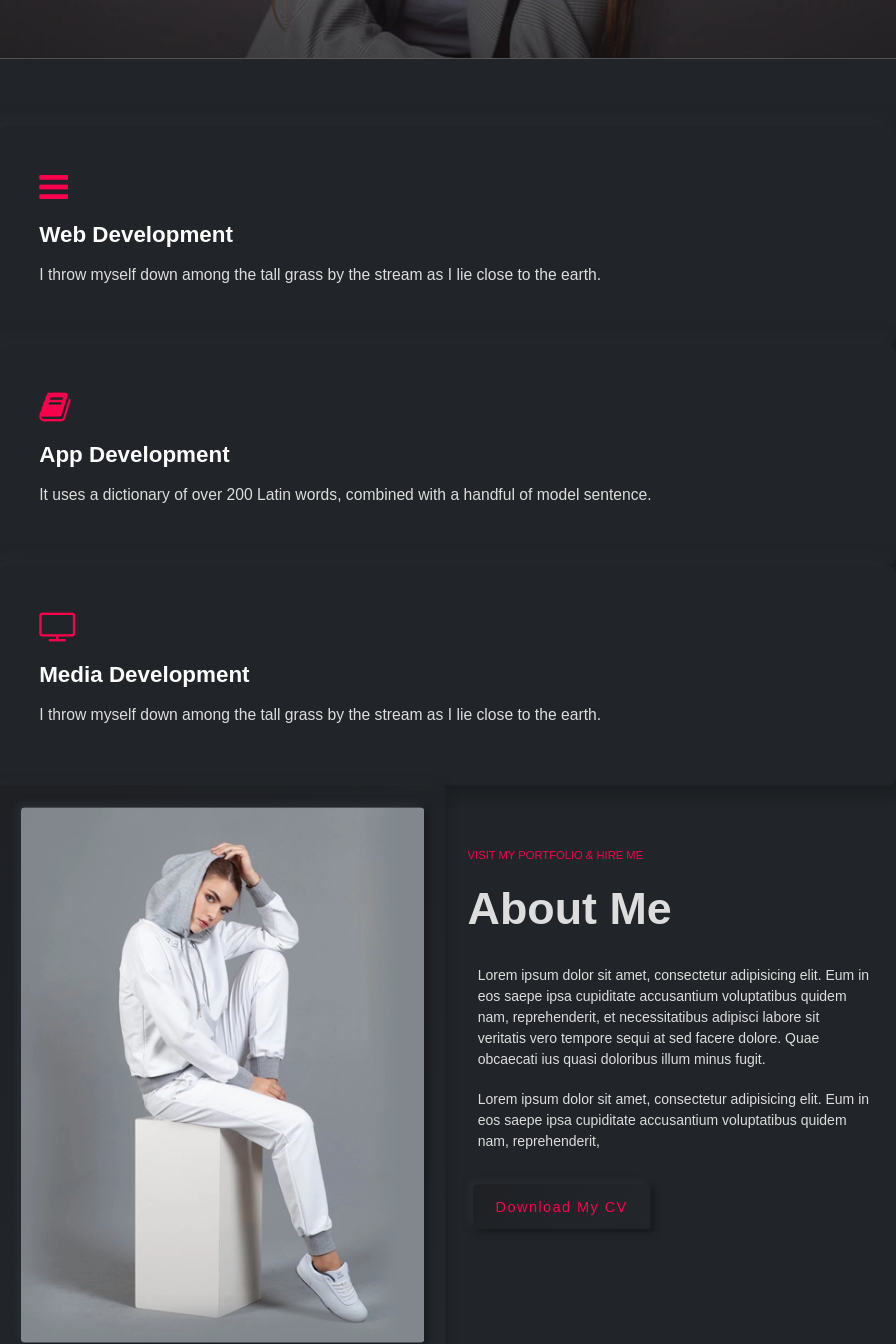
Repository: arminprogramme/inbio
Page: /
These files come from the project's save history. The page is drawn as it stood at one moment and after the next save; the edit follows.
The browser window is 1280 px wide. The pictures show the part of the page from y = 785 to 2705 px (the page is 3166 px tall before and 869 px after), at 70% of full size.
Some web libraries are served in a nearby version. The project was rebuilt for these pictures with package versions that can differ from the ones it lists, and the page was loaded fresh each time. Also part of the build but not shown: vite.config.js.

Above is the page before, as saved 2023-10-20 05:02:45.

After the next save:
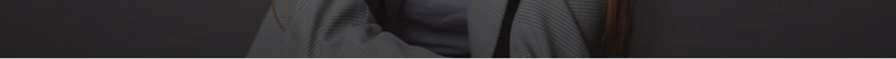
Saved 2 min 5 s later.
--- a/src/Component/LandingPage.jsx
+++ b/src/Component/LandingPage.jsx
@@ -7,7 +7,7 @@
         return (
             <div>
                 <Header/>
-                <Body/>
+
 
             </div>
         );

After the save that followed:
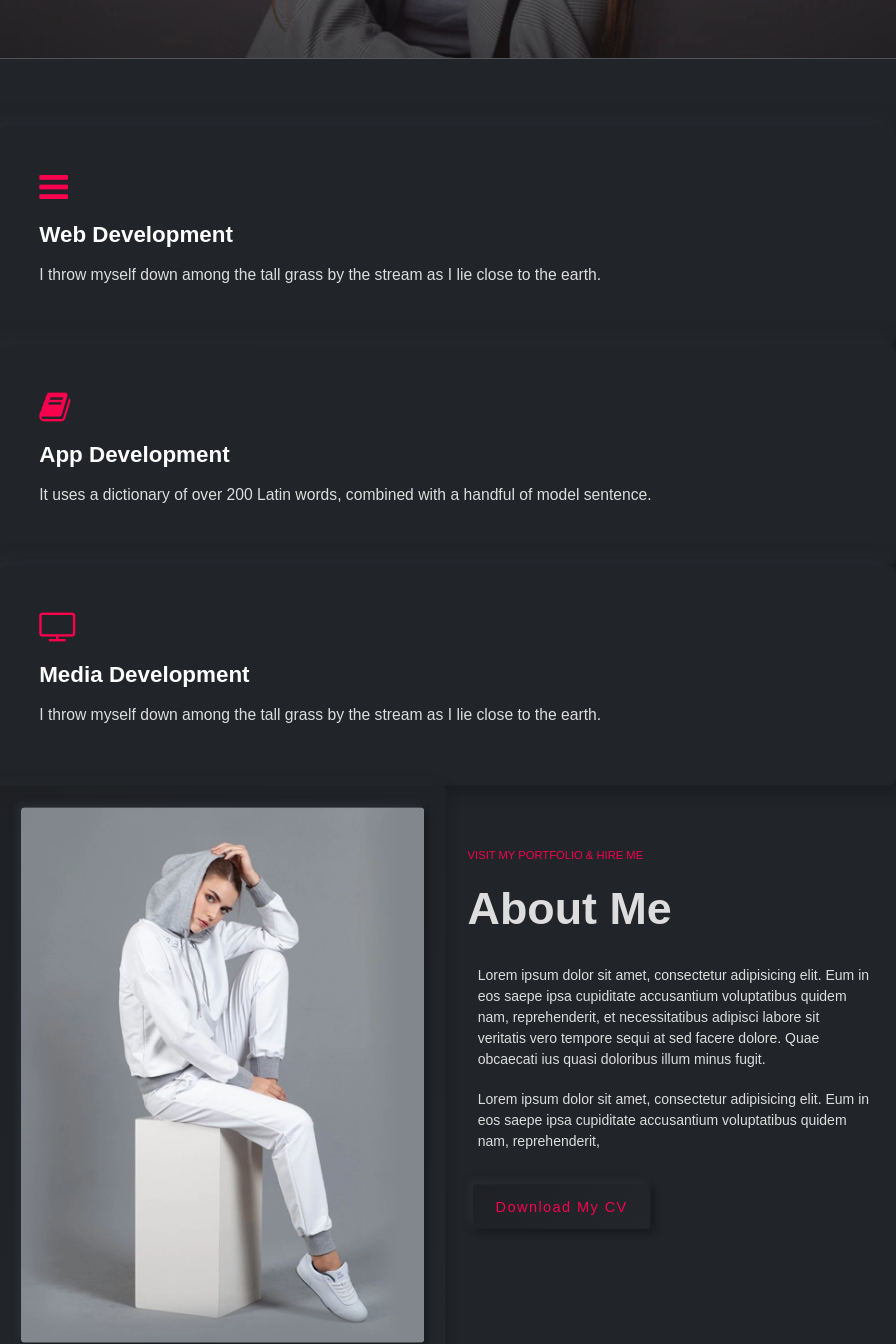
Saved 21 s later.
--- a/src/Component/LandingPage.jsx
+++ b/src/Component/LandingPage.jsx
@@ -7,7 +7,7 @@
         return (
             <div>
                 <Header/>
-
+                <Body/>
 
             </div>
         );
